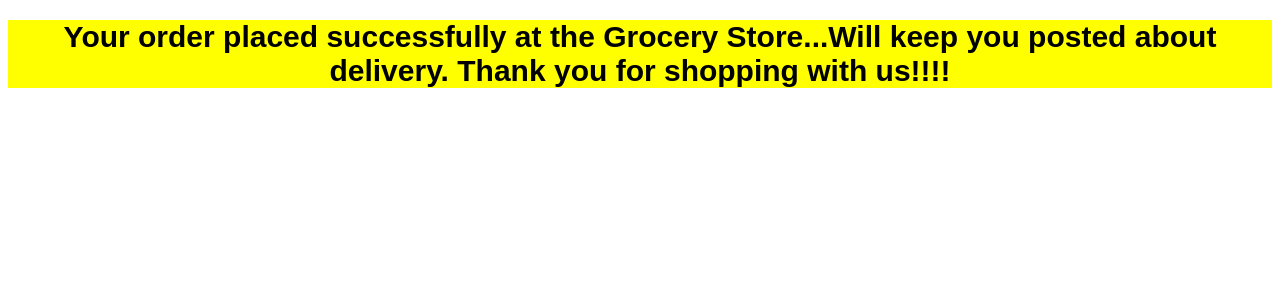
Repository: pournimapatil27/GroceryStoreMicroservice
Page: StoreLogin/src/main/resources/static/invalid.html
An editor plug-in stored every save of this project. The page is shown before and after the next save, followed by the edit.
The browser window is 1280 px wide. The pictures show the whole page.

Above is the page before, as saved 2021-11-29 16:32:05.

After the next save:
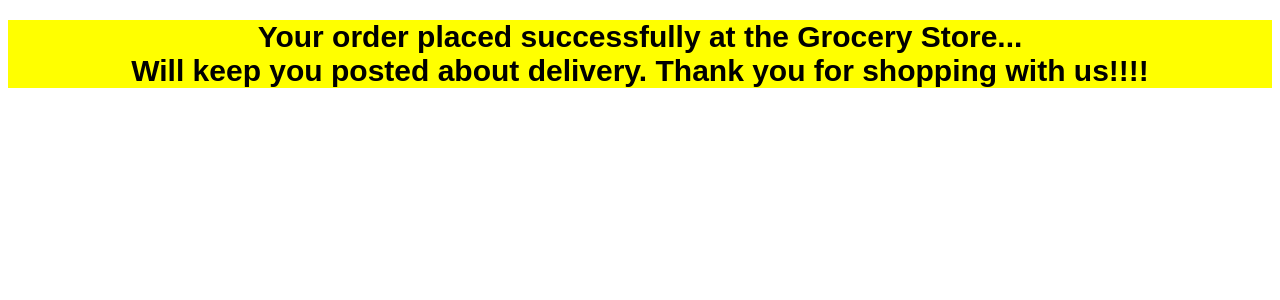
Saved 30 s later.
--- a/StoreLogin/src/main/resources/static/invalid.html
+++ b/StoreLogin/src/main/resources/static/invalid.html
@@ -7,6 +7,6 @@
       <title>Welcome to Grocery Store</title>
    </h:head>
    <h:body>
-      <h1 style="background-color:yellow;font-family:'Arial';font-size:30px;text-align: center">Your order placed successfully at the Grocery Store...Will keep you posted about delivery. Thank you for shopping with us!!!!</h1>
+      <h1 style="background-color:yellow;font-family:'Arial';font-size:30px;text-align: center">Your order placed successfully at the Grocery Store...<br>Will keep you posted about delivery. Thank you for shopping with us!!!!</h1>
    </h:body>
 </html>
